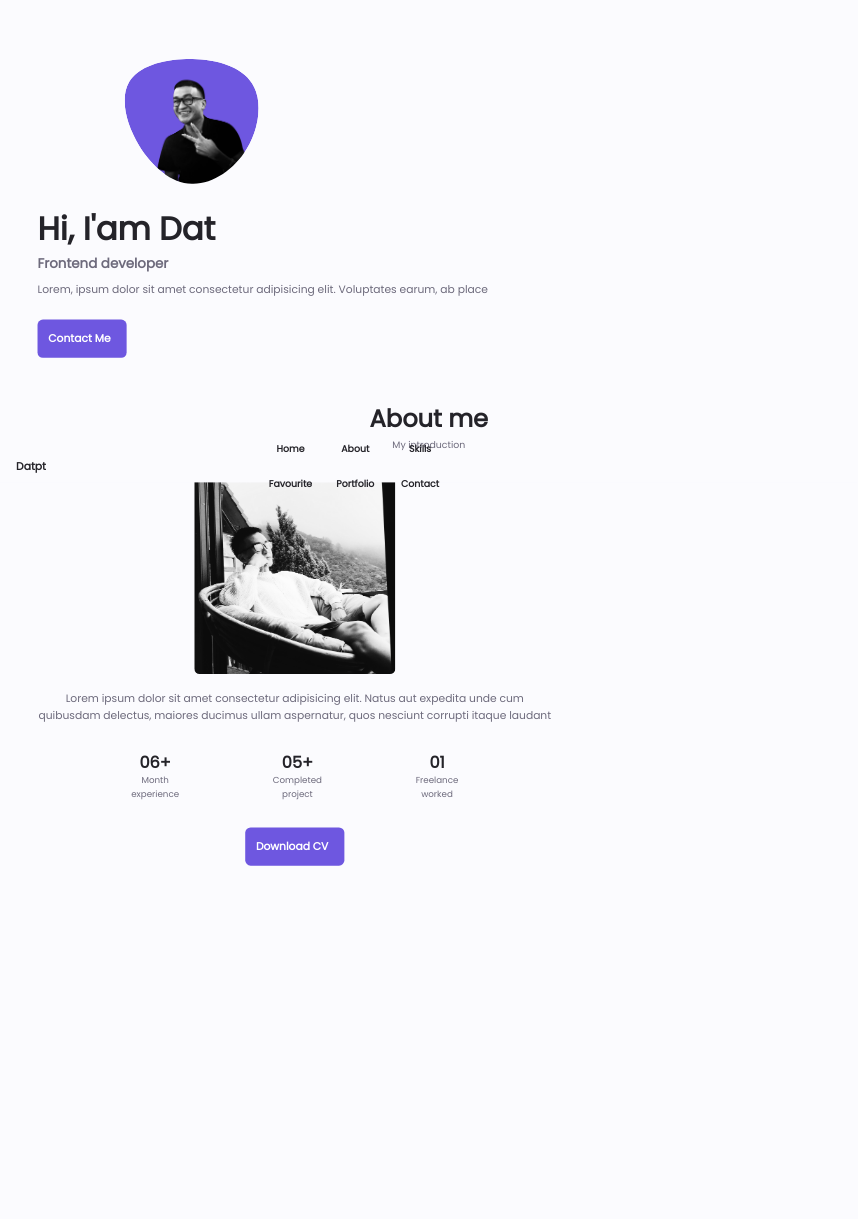
Repository: Datt21/portfolio
Page: index.html
An editor plug-in stored every save of this project. The page is shown before and after the next save, followed by the edit.
The browser window is 1280 px wide. The pictures show the whole page, at 67% of full size.
Some icons come from a web library that is not loaded, so they are not drawn.

Above is the page before, as saved 2021-07-10 16:45:38.

### index.html
<!DOCTYPE html>
<html lang="en">
<head>
    <meta charset="UTF-8">
    <meta http-equiv="X-UA-Compatible" content="IE=edge">
    <meta name="viewport" content="width=device-width, initial-scale=1.0">
    <!--============= ICONS ================  -->
    <link rel="stylesheet" href="https://unicons.iconscout.com/release/v4.0.0/css/line.css">

    <!-- ============= SWIPER CSS =============== -->
    <link rel="stylesheet" href="">

    <!-- =============== CSS ========================= -->
    <link rel="stylesheet" href="./Css/style.css">

    <title>Portfolio</title>
</head>
<body>
    <!--============================ HEADER ============================ -->
    <header class="header" id="header">
        <nav class="nav container">
            <a href="#" class="nav__logo">Datpt</a>

            <div class="nav__menu" id="nav-menu">
                <ul class="nav__list grid">
                    <li class="nav__item">
                        <a href="#home" class="nav__link">
                            <i class="uil uil-estate nav__icon"></i>Home
                        </a>
                    </li>
                    <li class="nav__item">
                        <a href="#about" class="nav__link">
                            <i class="uil uil-user nav__icon"></i>About
                        </a>
                    </li>
                    <li class="nav__item">
                        <a href="#skill" class="nav__link">
                            <i class="uil uil-file-alt nav__icon"></i>Skills
                        </a>
                    </li>
                    <li class="nav__item">
                        <a href="#fovourite" class="nav__link">
                            <i class="uil uil-books nav__icon"></i>Favourite
                        </a>
                    </li>
                    <li class="nav__item">
                        <a href="#portfolio" class="nav__link">
                            <i class="uil uil-scenery nav__icon"></i>Portfolio
                        </a>
                    </li>
                    <li class="nav__item">
                        <a href="#contact" class="nav__link">
                            <i class="uil uil-message nav__icon"></i>Contact
                        </a>
                    </li>
                </ul>
                <i class="uil uil-times nav__close" id="nav-close"></i>
            </div>

            <div class="nav__btns">
                <div class="nav__toggle" id="nav-toggle">
                    <i class="uil uil-apps"></i>
                </div>
            </div>
        </nav>
    </header>

     <!--==================== MAIN ====================-->
     <main class="main">
        <!--==================== HOME ====================-->
        <section class="home section" id="home">
            <div class="home__container container grid">
                <div class="home__content grid">
                    <div class="home__social">
                        <a href="https://www.facebook.com/profile.php?id=100043830603950" target="_blank" class="home__social-icon">
                            <i class="uil uil-facebook"></i>
                        </a>
                        <a href="https://t.me/datpt21" target="_blank" class="home__social-icon">
                            <i class="uil uil-telegram-alt"></i>
                        </a>
                        <a href="https://github.com/Datt21" target="_blank" class="home__social-icon">
                            <i class="uil uil-github-alt"></i>
                        </a>
                    </div>

                    <div class="home__img">
                        <svg class="home__blob" viewBox="0 0 200 187" xmlns="http://www.w3.org/2000/svg" xmlns:xlink="http://www.w3.org/1999/xlink">
                            <mask id="mask0" mask-type="alpha">
                                <path d="M190.312 36.4879C206.582 62.1187 201.309 102.826 182.328 134.186C163.346 165.547
                                130.807 187.559 100.226 186.353C69.6454 185.297 41.0228 161.023 21.7403 129.362C2.45775
                                97.8511 -7.48481 59.1033 6.67581 34.5279C20.9871 10.1032 59.7028 -0.149132 97.9666
                                0.00163737C136.23 0.303176 174.193 10.857 190.312 36.4879Z"/>
                            </mask>
                            <g mask="url(#mask0)">
                                <path d="M190.312 36.4879C206.582 62.1187 201.309 102.826 182.328 134.186C163.346
                                165.547 130.807 187.559 100.226 186.353C69.6454 185.297 41.0228 161.023 21.7403
                                129.362C2.45775 97.8511 -7.48481 59.1033 6.67581 34.5279C20.9871 10.1032 59.7028
                                -0.149132 97.9666 0.00163737C136.23 0.303176 174.193 10.857 190.312 36.4879Z"/>

                                <image class="home_blob-img" x='12' y='18 'xlink:href="./images/me.png"/>
                            </g>
                        </svg>

                    </div>

                    <div class="home__data">
                        <h1 class="home__title">Hi, I'am Dat</h1>
                        <h3 class="home_subtitle">Frontend developer</h3>
                        <p class="home_description">Lorem, ipsum dolor sit amet consectetur adipisicing elit.
                            Voluptates earum, ab place</p>
                        <a href="#contact" class="button button--flex">
                            Contact Me<i class="uil uil-message button__icon"></i>
                        </a>
                    </div>
                </div>

                <div class="home_scroll">
                    <a href="#about" class="home__scroll-button button--flex">
                        <i class="uil uil-mouse-alt-2 home__scroll-mouse"></i>
                        <span class="home__scroll-name">Scroll down</span>
                        <i class="uil uil-arrow-down home__scroll-arrow"></i>
                    </a>
                </div>
            </div>
        </section>

        <!--==================== ABOUT ====================-->
        <section class="about section" id="about">
            <h2 class="section__title">About me</h2>
            <span class="section__subtitle">My introduction</span>

            <div class="about__container container grid">
                <img src="./images/me2.jpg" alt="" class="about__img">

                <div class="about-data">
                    <p class="about-decription">Lorem ipsum dolor sit amet consectetur adipisicing elit.
                        Natus aut expedita unde cum quibusdam delectus, maiores ducimus ullam aspernatur, quos nesciunt corrupti itaque laudant</p>

                    <div class="about__info">
                        <div>
                            <span class="about__info-title">06+</span>
                            <span class="about__info-name">Month <br> experience</span>
                        </div>
                        <div>
                            <span class="about__info-title">05+</span>
                            <span class="about__info-name">Completed <br> project</span>
                        </div>
                        <div>
                            <span class="about__info-title">01</span>
                            <span class="about__info-name">Freelance <br> worked</span>
                        </div>
                    </div>

                    <div class="about__buttons">
                        <a download="" href="./pdf/LeTienDat_CV.pdf" class="button button--flex">
                            Download CV <i class="uil uil-download-alt button__icon"></i>
                        </a>
                    </div>
                </div>
            </div>


        </section>

        <!--==================== SKILLS ====================-->
        <section class="skills section" id="skills">


        </section>

        <!--==================== QUALIFICATION ====================-->
        <section class="qualification section">


        </section>

        <!--==================== SERVICES ====================-->
        <section class="services section" id="services">


        </section>

        <!--==================== PORTFOLIO ====================-->
        <section class="portfolio section" id="portfolio">


        </section>

        <!--==================== PROJECT IN MIND ====================-->
        <section class="project section">


        </section>

        <!--==================== TESTIMONIAL ====================-->
        <section class="testimonial section">


        </section>

        <!--==================== CONTACT ME ====================-->
        <section class="contact section" id="contact">


        </section>
    </main>

    <!--==================== FOOTER ====================-->
    <footer class="footer">


    </footer>

    <!--==================== SCROLL TOP ====================-->


    <!--==================== SWIPER JS ====================-->
    <script src=""></script>

    <!-- =================== JS ======================= -->
    <script src="./JS/main.js"></script>
</body>
</html>

### Css/style.css
/* ========================= GOOGLE FONTS ========================= */
@import url('https://fonts.googleapis.com/css2?family=Poppins&display=swap');

/*========================= VARIABLES CSS ==========================*/
:root{
    --header-height: 3rem;

    /* ---COLORS----- */
    --hue-color: 250;
    --first-color: hsl(var(--hue-color), 69%, 61%);
    --first-color-second: hsl(var(--hue-color), 69%, 61%);
    --first-color-alt: hsl(var(--hue-color), 57%, 53%);
    --first-color-lighter: hsl(var(--hue-color), 92%, 85%);
    --title-color:hsl(var(--hue-color), 8%, 15%);
    --text-color: hsl(var(--hue-color), 8%, 45%);
    --text-color-light: hsl(var(--hue-color), 8%, 65%);
    --input-color: hsl(var(--hue-color), 70%, 96%);
    --body-color: hsl(var(--hue-color), 60%, 99%);
    --container-color: #fff;

    /* --- FONT & SIZES */
    --body-font: 'Poppins', sans-serif;

    --font-semi-bold: 700;
    --font-medium: 600;

    --big-font-size: 2rem;
    --h1-font-size: 1.5rem;
    --h2-font-size: 1.25rem;
    --h3-font-size: 1.125rem;
    --normal-font-size: .938rem;
    --small-font-size: .813rem;
    --smaller-font-size: .75rem;

    /* --- MARGIN BOTTOM */
    --mb-0-25: .25rem;
    --mb-0-5: .5rem;
    --mb-0-75: .75rem;
    --mb-1: 1rem;
    --mb-1-5: 1.5rem;
    --mb-2: 2rem;
    --mb-2-5: 2.5rem;
    --mb-3: 3rem;

    /* Z INDEX */
    --z-tooltip: 10;
    --z-fixed: 100;
    --z-modal: 1000;

}

/* Font size for large devices */
@media screen and (min-width: 968px){
    :root {
        --big-font-size: 3rem;
        --h1-font-size: 2.25rem;
        --h2-font-size: 1.5rem;
        --h3-font-size: 1.25rem;
        --normal-font-size: 1rem;
        --small-font-size: .875rem;
        --smaller-font-size: .813rem;
    }

}

/*====================== Variables Dark Theme ===================  */

/*====================== Button Dark/Light  ===================  */

/*====================== BASE ========================= */
*{
    box-sizing: border-box;
    padding: 0;
    margin: 0;
}

html{
    scroll-behavior: smooth;
}

body{
    margin: 0 0 var(--header-height) 0;
    font-family: var(--body-font);
    font-size: var(--normal-font-size);
    background-color: var(--body-color);
    color: var(--text-color);
}

h1,h2,h3,h4{
    color: var(--title-color);
    font-weight: var(--font-semi-bold)
}

ul{
    list-style: none;
}

a{
    text-decoration: none;
}

img{
    max-width: 100%;
    height: auto;
}

/*========================= set section - css classes ====================  */
.section{
    padding: 2rem;
}

.section__title{
    font-size: var(--h1-font-size);
}

.section__subtitle{
    display: block;
    font-size: var(--small-font-size);
    margin-bottom: var(--mb-2);
}

.section__title,
.section__subtitle{
    text-align: center;
}

/* ===================== LAYOUT ============================== */
.container{
    max-width: 768px;
    margin-left: var(--mb-1-5);
    margin-right: var(--mb-1-5);
}

.grid{
    display: grid;
    gap: 1.5rem;
}

.header{
    width: 100%;
    position: fixed;
    bottom: 0;
    left: 0;
    z-index: var(--z-fixed);
    background-color: var(--body-color);
}

/* ===================== NAV ==================== */
.nav{
    max-width: 968px;
    height: var(--header-height);
    display: flex;
    justify-content:space-between;
    align-items: center;
}

.nav__logo,
.nav__toggle{
    color: var(--title-color);
    font-weight: var(--font-medium);
}

.nav__logo:hover{
    color: var(--first-color);
}

.nav__toggle{
    font-size: 1.1rem;
    cursor: pointer;
}

.nav__toggle:hover{
    color: var(--first-color);
}

@media screen and (max-width: 767px) {
    .nav__menu{
        position: fixed;
        bottom: -100%;
        left: 0;
        width: 100%;
        background-color: var(--body-color);
        padding: 2rem 1.5rem 4rem;
        box-shadow: 0 -1px 4px rgb(0,0,0, .15 );
        border-radius: 1.5rem 1.5rem 0 0;
        transition:0.3s;
    }
}

.nav__list{
    grid-template-columns: repeat(3,1fr);
    gap: 2rem;
}

.nav__link{
    display: flex;
    flex-direction: column;
    align-items: center;
    font-size: var(--small-font-size);
    color: var(--title-color);
    font-weight: var(--font-medium);
}

.nav__link:hover{
    color: var(--first-color);
}

.nav__icon{
    font-size: 1.2rem;
}

.nav__close{
    position: absolute;
    right: 1.3rem;
    bottom: .5rem;
    font-size: 1.5rem;
    cursor: pointer;
    color: var(--first-color);
}

.nav__close:hover{
    color: var(--first-color-alt);
}

/* -----show menu ---------- */
.show-menu{
    bottom: 0;
}

/*==================== HOME ====================*/
.home__container{
    gap: 1rem;
}

.home__content{
    grid-template-columns: .5fr 3fr;
    padding-top: 3.5rem;
    align-items: center;
}

.home__social{
    display: grid;
    grid-template-columns: max-content;
    row-gap: 1rem;
}

.home__social-icon{
    font-size: 1.25rem;
    color: var(--first-color);
}

.home__social-icon:hover{
    color: var(--first-color-alt);
    transform: scale(1.2);
}

.home__blob{
    width: 200px;
    fill: var(--first-color);
}

.home_blob-img{
    width: 170px;
}

.home__data{
    grid-column: 1/3;
}

.home__title{
    font-size: var(--big-font-size);
}

.home_subtitle{
    font-size: var(--h3-font-size);
    color: var(--text-color);
    font-weight: var(--font-medium);
    margin-bottom: var(--mb-0-75);
}

.home_description{
    margin-bottom: var(--mb-2);
}

.home_scroll{
    display: none;
}

.home__scroll-button{
    color: var(--first-color);
    transition: 0.3s;
}

.home__scroll-button:hover{
    transform: translateY(0.25rem);
}

.home__scroll-mouse{
    font-size: 2rem;
}

.home__scroll-name{
    font-size: var(--small-font-size);
    color: var(--title-color);
    font-weight: var(--font-medium);
    margin-right: var(--mb-0-25);
}

.home__scroll-arrow{
    font-size: 1.25rem;
}

/*==================== BUTTONS ====================*/
.button{
    display: inline-block;
    background-color: var(--first-color);
    color: #fff;
    padding: 1rem;
    border-radius: .5rem;
    font-weight: var(--font-medium);
}

.button:hover{
    background-color: var(--first-color-alt);
}

.button__icon{
    font-size: 1.25rem;
    margin-left: var(--mb-0-5);
    transition: 0.3s;
}

.button--flex{
    display: inline-flex;
    align-items: center;
}



/*==================== ABOUT ====================*/
.about__img{
    border-radius: .5rem;
    width: 300px;
    justify-self: center;
    align-self: center;
    height: 300px;
    object-fit: cover;
}

.about-decription{
    text-align: center;
    margin-bottom: var(--mb-2-5);
}

.about__info{
    display: flex;
    justify-content: space-evenly;
    margin-bottom: var(--mb-2-5);
}

.about__info-title{
    font-size: var(--h2-font-size);
    font-weight: var(--font-semi-bold);
    color: var(--title-color);
}

.about__info-name{
    font-size: var(--smaller-font-size);
}

.about__info-title,
.about__info-name{
    display: block;
    text-align: center;
}

.about__buttons{
    display: flex;
    justify-content: center;
}








/*==================== SKILLS ====================*/


/*==================== QUALIFICATION ====================*/


/*==================== SERVICES ====================*/


/* Active Modal */


/*==================== PORTFOLIO ====================*/


/*==================== PROJECT IN MIND ====================*/


/*==================== TESTIMONIAL ====================*/


/*==================== CONTACT ME ====================*/


/*==================== FOOTER ====================*/


/*========== SCROLL UP ==========*/


/* Show scroll */


/*========== SCROLL BAR ==========*/


/*==================== MEDIA QUERIES ====================*/
/* For small devices */


/* For medium devices */


/* For large devices */

### JS/main.js
/*================= Menu show Y hidden ================= */
const navMenu = document.getElementById('nav-menu'),
      navToggle = document.getElementById('nav-toggle'),
      navClose = document.getElementById('nav-close')

/*======== Menu show =========*/
/* validate if constant exists */
if(navToggle){
    navToggle.addEventListener('click', () =>{
        navMenu.classList.add('show-menu')
    })
}

/*======== Menu hidden =========*/
/* validate if constant exists */
if(navClose){
    navClose.addEventListener('click', () =>{
        navMenu.classList.remove('show-menu')
    })
}

/*==================== REMOVE MENU MOBILE ====================*/
const navLink = document.querySelectorAll('.nav__link')

function linkAction() {
    const navMenu = document.getElementById('nav-menu')
    //khi click vao moi link,thi menu duoc an di
    navMenu.classList.remove('show-menu')
}
navLink.forEach(n => n.addEventListener('click', linkAction))

/*==================== ACCORDION SKILLS ====================*/


/*==================== QUALIFICATION TABS ====================*/


/*==================== SERVICES MODAL ====================*/


/*==================== PORTFOLIO SWIPER  ====================*/


/*==================== TESTIMONIAL ====================*/


/*==================== SCROLL SECTIONS ACTIVE LINK ====================*/


/*==================== CHANGE BACKGROUND HEADER ====================*/


/*==================== SHOW SCROLL UP ====================*/


/*==================== DARK LIGHT THEME ====================*/

After the next save:
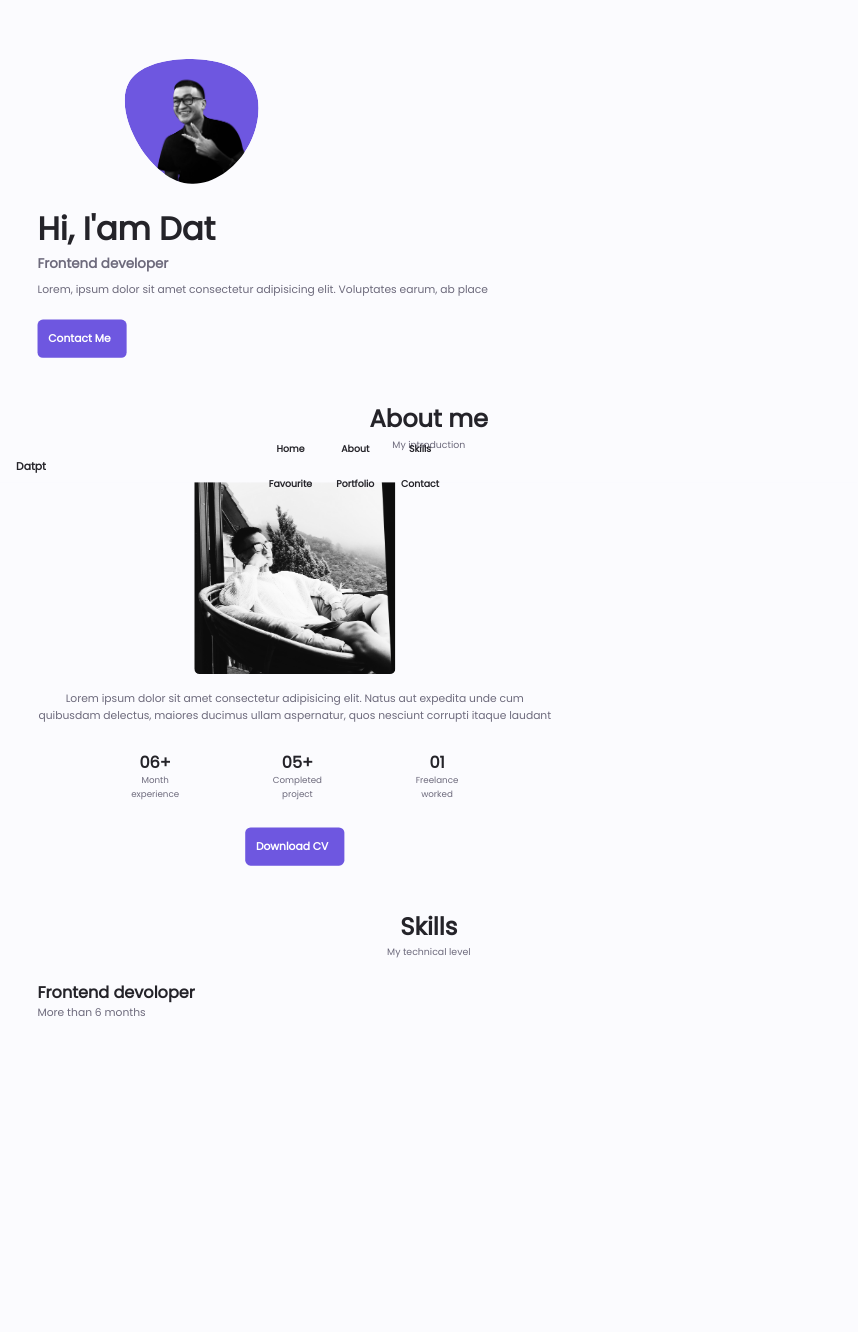
Saved 6 min 35 s later.
--- a/index.html
+++ b/index.html
@@ -164,6 +164,24 @@
 
         <!--==================== SKILLS ====================-->
         <section class="skills section" id="skills">
+            <h2 class="section__title">Skills</h2>
+            <span class="section__subtitle">My technical level</span>
+
+            <div class="skills__container container grid">
+                <div>
+                    <!-- skill 1 -->
+                    <div class="skills__content">
+                        <div class="skills__header">
+                            <i class="uil uil-brackets-curly skills__icon"></i>
+
+                            <h1 class="skills__title">Frontend devoloper</h1>
+                            <span class="skills__subtitle">More than 6 months</span>
+
+                            <i class="uil uil-angle-down"></i>
+                        </div>
+                    </div>
+                </div>
+            </div>
 
 
         </section>
